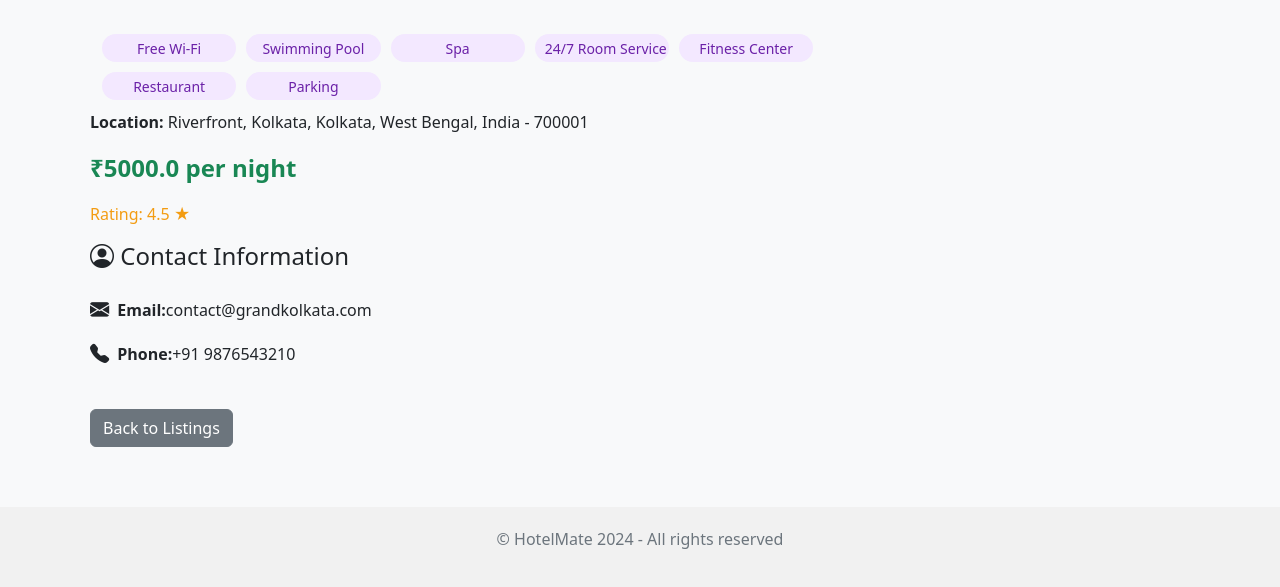
Repository: himanshu2k23/HoteMate
Page: http://localhost/HotelMate/details.jsp
These files come from the project's save history. The page is drawn as it stood at one moment and after the next save; the edit follows.
The browser window is 1280 px wide. The pictures show the part of the page from y = 706 to 1293 px (the page is 1293 px tall).
The page is served by Tomcat 10. Other server files are loaded and not shown.

Above is the page before, as saved 2025-01-13 19:25:38.

### HotelMate/src/main/webapp/details.jsp
<%@ page contentType="text/html;charset=UTF-8" language="java"%>
<!DOCTYPE html>
<html lang="en">
<head>
<meta charset="UTF-8">
<meta name="viewport" content="width=device-width, initial-scale=1.0">
<title>Hotel Details - HotelMate</title>
<!-- Bootstrap CSS -->
<link
	href="https://cdn.jsdelivr.net/npm/bootstrap@5.3.0/dist/css/bootstrap.min.css"
	rel="stylesheet">
<link
	href="https://cdn.jsdelivr.net/npm/bootstrap-icons/font/bootstrap-icons.css"
	rel="stylesheet">

<style>
body {
	background-color: #f8f9fa;
}

.hotel-details-container {
	margin-top: 100px;
	margin-bottom: 40px;
	padding: 20px;
}

.price {
	font-size: 1.5rem;
	font-weight: bold;
	color: #198754;
}

.rating {
	color: #f39c12;
}

.amenities-list {
	display: grid;
	grid-template-columns: repeat(auto-fill, minmax(120px, 1fr));
	gap: 10px;
	margin-left: 2px;
	padding: 10px;
}

.amenities-items {
	white-space: nowrap;
	border-radius: 9999px;
	background-color: #f3e8ff;
	padding: 0.22rem 0.625rem;
	font-size: 0.875rem;
	color: #6b21a8;
	text-align: center;
}

.amenities-list li {
	margin-bottom: 5px;
}

.carousel-item img {
	height: 500px;
	object-fit: cover;
	border-radius: 15px;
}
</style>
</head>
<body>

	<!-- Navbar -->
	<%@ include file="/Components/navbar.jsp"%>
	<%
	// Sample hotel data
	String name = "The Grand Kolkata";
	String description = "A luxurious five-star hotel offering breathtaking views of the river and world-class amenities.";
	String location = "Riverfront, Kolkata";
	String city = "Kolkata";
	String state = "West Bengal";
	String country = "India";
	String zipCode = "700001";
	double pricePerNight = 5000.0;
	float rating = 4.5f;
	String amenities = "Free Wi-Fi, Swimming Pool, Spa, 24/7 Room Service, Fitness Center, Restaurant, Parking";
	String contactEmail = "contact@grandkolkata.com";
	String contactPhone = "+91 9876543210";
	String images = "https://picsum.photos/400/300?random=1, https://picsum.photos/400/300?random=7, https://picsum.photos/400/300?random=8";

	// Split image URLs into an array
	String[] imageUrls = images.split(",");
	%>

	<div class="container hotel-details-container">
		<h2><%=name%></h2>
		<p><%=description%></p>


		<!-- Carousel for Images -->
		<div id="carousel49" class="carousel slide" data-bs-ride="carousel">
			<div class="carousel-inner">
				<%
				for (int i = 0; i < imageUrls.length; i++) {
					String image = imageUrls[i].trim();
				%>
				<div class="carousel-item <%=(i == 0) ? "active" : ""%>">
					<img src="<%=image%>" class="d-block w-100" alt="<%=name%>">
				</div>
				<%
				}
				%>
			</div>
			<%
			if (imageUrls.length > 1) {
			%>
			<button class="carousel-control-prev" type="button"
				data-bs-target="#carousel49" data-bs-slide="prev">
				<span class="carousel-control-prev-icon" aria-hidden="true"></span>
				<span class="visually-hidden">Previous</span>
			</button>
			<button class="carousel-control-next" type="button"
				data-bs-target="#carousel49" data-bs-slide="next">
				<span class="carousel-control-next-icon" aria-hidden="true"></span>
				<span class="visually-hidden">Next</span>
			</button>
			<%
			}
			%>
		</div>

		<!-- Hotel Information -->
		<div class=" mt-4">

			<div class="col-md-8">
				<div class="amenities-list">
					<%
					String[] amenitiesList = amenities.split(",");
					for (String amenity : amenitiesList) {
						amenity = amenity.trim();
					%>
					<span class="amenities-items"> <%=amenity%>
					</span>
					<%
					}
					%>
				</div>


				<p>
					<strong>Location:</strong>
					<%=location%>,
					<%=city%>,
					<%=state%>,
					<%=country%>
					-
					<%=zipCode%></p>
				<p class="price">
					₹<%=pricePerNight%>
					per night
				</p>
				<p class="rating">
					Rating:
					<%=rating%>
					★
				</p>
			</div>

			<div class="col-md-4">
				<h4 class="mb-4">
					<i class="bi bi-person-circle"></i> Contact Information
				</h4>
				<ul class="list-unstyled">
					<li class="d-flex align-items-center mb-3"><i
						class="bi bi-envelope-fill me-2" style="font-size: 1.2rem;"></i> <strong>Email:</strong>
						<%=contactEmail%></li>
					<li class="d-flex align-items-center"><i
						class="bi bi-telephone-fill me-2" style="font-size: 1.2rem;"></i>
						<strong>Phone:</strong> <%=contactPhone%></li>
				</ul>
			</div>

		</div>

		<a href="HotelDataServlet" class="btn btn-secondary mt-4">Back to
			Listings</a>
	</div>

	<!-- Footer -->
	<%@ include file="/Components/footer.jsp"%>

	<!-- Bootstrap JS (Popper.js included) -->
	<script
		src="https://cdn.jsdelivr.net/npm/@popperjs/core@2.11.7/dist/umd/popper.min.js"></script>
	<script
		src="https://cdn.jsdelivr.net/npm/bootstrap@5.3.0/dist/js/bootstrap.min.js"></script>
</body>
</html>

### HotelMate/src/main/webapp/Components/navbar.jsp
<nav class="navbar navbar-expand-lg"
	style="background-color: #343a40; border-radius: 15px; padding: 10px 20px; box-shadow: 0px 4px 12px rgba(0, 0, 0, 0.2); margin: 10px; position: fixed; top: 0px; width: calc(100% - 20px); z-index: 1000;">
	<div class="container-fluid">
		<!-- Logo and Brand Name -->
		<a class="navbar-brand text-light d-flex align-items-center"
			href="index.jsp"> <img
			src="http://localhost:8080/HotelMate/Images/HotelmateLogo.png"
			alt="Logo" width="80" height="60"
			class="d-inline-block align-text-top"> <span
			class="nav-link text-light active">HotelMate</span>
		</a>

		<!-- Toggler button for smaller screens -->
		<button class="navbar-toggler" type="button" data-bs-toggle="collapse"
			data-bs-target="#navbarNav" aria-controls="navbarNav"
			aria-expanded="false" aria-label="Toggle navigation"
			style="border-color: #f8f9fa;">
			<span class="navbar-toggler-icon" style="color: #f8f9fa;"></span>
		</button>

		<!-- Navbar Links -->
		<div class="collapse navbar-collapse" id="navbarNav">

			<script>
				// Scroll functionality
				function scrollToFeatures(event) {
					event.preventDefault();
					localStorage.setItem('scrollToFeatures', 'true');
					window.location.href = "index.jsp";
				}

				function scrollToContact(event) {
					event.preventDefault();
					localStorage.setItem('scrollToContact', 'true');
					window.location.href = "index.jsp";
				}

				// Logic to dynamically toggle login/logout
				window.addEventListener('DOMContentLoaded', () => {
					const navRight = document.querySelector('.navbar-nav.ms-auto');
					navRight.innerHTML = ''; // Clear the default buttons

					if (localStorage.getItem('HasLoggedIn') === 'true') {
						// Show dropdown if logged in
						navRight.innerHTML = `
							<li class="nav-item dropdown">
							<a class="nav-link dropdown-toggle text-light" href="#" id="userDropdown" role="button"
							data-bs-toggle="dropdown" aria-expanded="false">
							<i class="bi bi-person-circle" style="font-size: 2rem;"></i>
						</a>

								<ul class="dropdown-menu dropdown-menu-end" aria-labelledby="userDropdown">
									<li><a class="dropdown-item" href="mybookings.jsp">My Bookings</a></li>
									<li><hr class="dropdown-divider"></li>
									<li><a class="dropdown-item" href="#" onclick="logout()">Logout</a></li>
								</ul>
							</li>
						`;
					} else {
						// Show login and signup if not logged in
						navRight.innerHTML = `
							<li class="nav-item"><a class="nav-link login-btn" href="login.jsp">Login</a></li>
							<li class="nav-item"><a class="nav-link signup-btn" href="signup.jsp">Sign Up</a></li>
						`;
					}
				});

				// Logout function
				function logout() {
					localStorage.removeItem('HasLoggedIn');
					window.location.href = 'index.jsp';
				}
			</script>

			<ul class="navbar-nav me-auto">
				<li class="nav-item"><a
					class="nav-link text-light active hover-effect" aria-current="page"
					href="index.jsp">Home</a></li>
				<li class="nav-item"><a
					class="nav-link text-light hover-effect" href="#"
					onclick="scrollToFeatures(event)">Features</a></li>
				<li class="nav-item"><a
					class="nav-link text-light hover-effect" href="HotelDataServlet">Hotels</a></li>
				<li class="nav-item"><a
					class="nav-link text-light hover-effect" href="#"
					onclick="scrollToContact(event)">Contact Us</a></li>
			</ul>

			<!-- Login/Sign Up or Account Dropdown -->
			<ul class="navbar-nav ms-auto gap-3"></ul>
		</div>
	</div>
</nav>

<style>
.hover-effect {
	transition: color 0.3s ease, background-color 0.3s ease;
}

.hover-effect:hover {
	color: #97CC04 !important;
}

.login-btn, .signup-btn {
	background-color: #97CC04;
	color: #fff;
	border-radius: 5px;
	padding: 8px 15px;
	transition: background-color 0.3s ease;
}

.login-btn:hover, .signup-btn:hover {
	background-color: #76b302;
	color: #fff;
}
</style>

### HotelMate/src/main/webapp/Components/footer.jsp
<style>
.footer {
	padding: 20px 0;
	background-color: #f1f1f1;
	text-align: center;
}
</style>

<div class='footer' id="footer">
	<p class="text-center text-secondary">© HotelMate 2024 - All
		rights reserved</p>
</div>

After the next save:
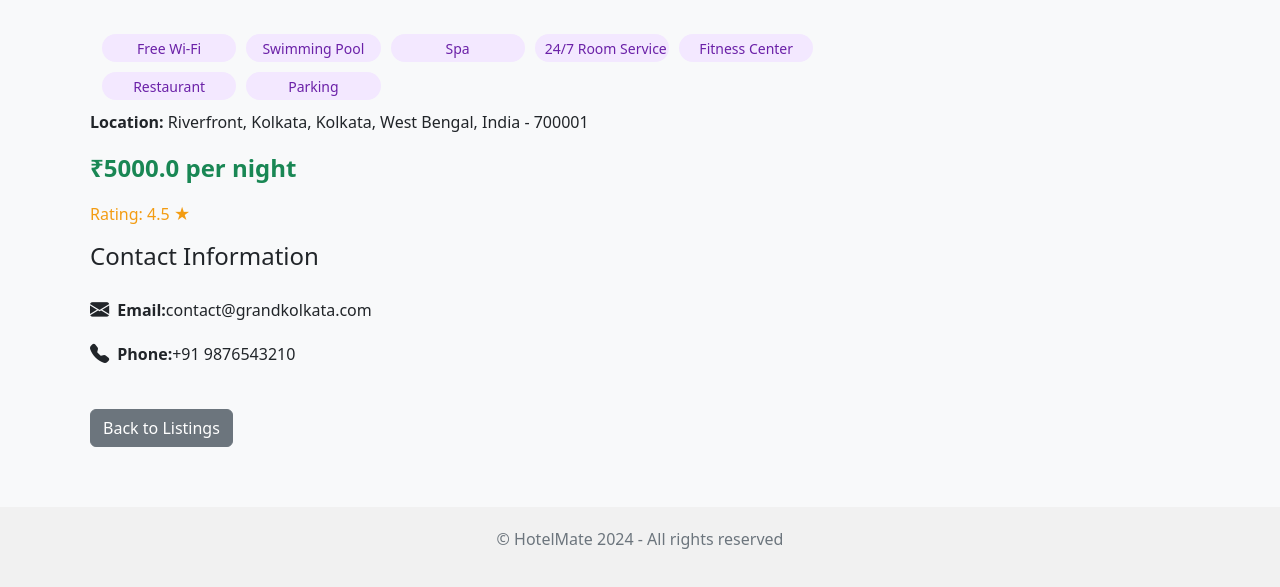
Saved 21 s later.
--- a/HotelMate/src/main/webapp/details.jsp
+++ b/HotelMate/src/main/webapp/details.jsp
@@ -163,7 +163,7 @@ body {
 
 			<div class="col-md-4">
 				<h4 class="mb-4">
-					<i class="bi bi-person-circle"></i> Contact Information
+					<i class=""></i> Contact Information
 				</h4>
 				<ul class="list-unstyled">
 					<li class="d-flex align-items-center mb-3"><i
